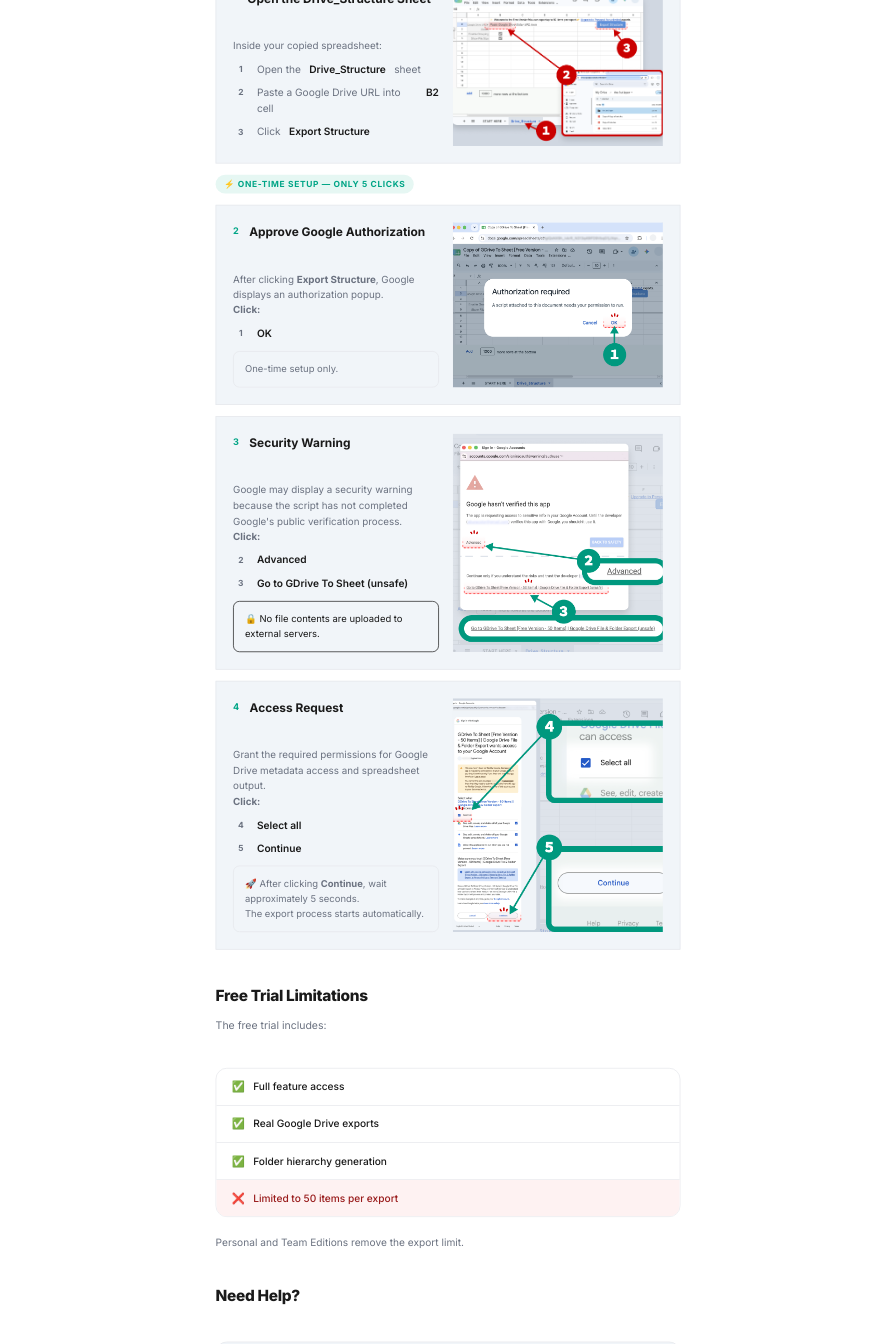
Repository: toishitool/gdrive-to-sheet
Page: free-thanks.html
An editor plug-in stored every save of this project. The page is shown before and after the next save, followed by the edit.
The browser window is 1280 px wide. The pictures show the part of the page from y = 971 to 2891 px (the page is 4293 px tall before and 4316 px after), at 70% of full size.

Above is the page before, as saved 2026-06-23 11:07:37.

### free-thanks.html
<!DOCTYPE html>
<html lang="en" class="scroll-smooth">

<head>
  <meta charset="UTF-8" />
  <meta name="viewport" content="width=device-width, initial-scale=1.0" />
  <title>Thank You for Downloading – GDrive To Sheet</title>
  <meta name="description"
    content="Your free trial copy of GDrive To Sheet is ready. Follow the setup steps to get started." />
  <meta name="robots" content="noindex" />
  <link rel="preconnect" href="https://fonts.googleapis.com" />
  <link rel="preconnect" href="https://fonts.gstatic.com" crossorigin />
  <link href="https://fonts.googleapis.com/css2?family=Inter:wght@300;400;500;600;700;800&display=swap"
    rel="stylesheet" />
  <link rel="stylesheet" href="style.css" />
  <link href="https://fonts.googleapis.com/css2?family=Inter:wght@300;400;500;600;700;800&display=swap"
    rel="stylesheet" />

</head>

<body>

  <div id="header-container"></div>


  <main>

    <!-- HERO / CONFIRMATION -->
    <section class="hero">
      <div class="container">
        <div class="celebrate-icon">🎉</div>
        <h1>Thank You!</h1>
        <p class="sub">Your free trial copy of GDrive To Sheet should have opened in a new tab. If the spreadsheet did
          not open automatically, click the button below:</p>
        <a href="https://docs.google.com/spreadsheets/d/REPLACE_WITH_TEMPLATE_ID/copy"
          class="btn btn-secondary open-trial-btn">
          <svg width="16" height="16" fill="none" stroke="currentColor" stroke-width="2.5" viewBox="0 0 24 24">
            <path d="M18 13v6a2 2 0 0 1-2 2H5a2 2 0 0 1-2-2V8a2 2 0 0 1 2-2h6" />
            <polyline points="15 3 21 3 21 9" />
            <line x1="10" y1="14" x2="21" y2="3" />
          </svg>
          Open Free Trial Spreadsheet
        </a>
        <p class="open-note">Opens a copy directly in your own Google account.</p>
      </div>
    </section>

    <div class="page-wrap">
      <div class="container">

        <!-- Before You Start -->
        <div class="info-banner">
          <span class="icon">ℹ️</span>
          <p><strong>Before You Start:</strong> The Free Version allows you to export up to <strong>50 items per
              export</strong> so you can verify compatibility with your Google account and workflow before upgrading.
          </p>
        </div>

        <!-- First-Time Setup -->
        <div class="section">
          <span class="eyebrow">Required Once</span>
          <h2>First-Time Setup</h2>
          <p>Google requires a one-time authorization before your first export. The process takes only five clicks.</p>
        </div>

        <!-- Step 1 -->
<div class="step-card" data-step="0">
  <div class="step-card-head">
    <div class="step-num">1</div>
    <h3>Open the Drive_Structure Sheet</h3>
  </div>
  <div class="step-image-wrapper" onclick="openModal(0)">
    <img src="images/allow01.png" alt="Step 1">
  </div>
  <div class="step-text-content">
    <p>Inside your copied spreadsheet:</p>
    <ol class="ordered-list">
      <li>Open the <strong>Drive_Structure</strong> sheet</li>
      <li>Paste a Google Drive URL into cell <strong>B2</strong></li>
      <li>Click <strong>Export Structure</strong></li>
    </ol>
  </div>
</div>
 <div class="eyebrow mini-badge">
⚡ One-time setup — only 5 clicks
</div>
<div class="step-card" data-step="1">
  <div class="step-card-head">

    <div class="step-num">2</div>
    <h3>Approve Google Authorization</h3>
  </div>
  <div class="step-image-wrapper" onclick="openModal(1)">
    <img src="images/allow02.png" alt="Step 2">
  </div>
  <div class="step-text-content">
     <p>After clicking <strong>Export Structure</strong>, Google displays an authorization popup.</p>

  <p><strong>Click:</strong></p>

  <ol class="ordered-list">
    <li><strong>OK</strong></li>
  </ol>

  <div class="note-callout">
    One-time setup only.
  </div>
  </div>
</div>

<div class="step-card" data-step="2">
  <div class="step-card-head">
    <div class="step-num">3</div>
    <h3>Security Warning</h3>
  </div>
  <div class="step-image-wrapper" onclick="openModal(2)">
    <img src="images/allow03.png" alt="Step 3">
  </div>
  <div class="step-text-content">
    <p>Google may display a security warning because the script has not completed Google's public verification process.</p>

  <p><strong>Click:</strong></p>

  <ol class="ordered-list" style="counter-reset: step-list 1;">
    <li ><strong>Advanced</strong></li>
    <li><strong>Go to GDrive To Sheet (unsafe)</strong></li>
  </ol>

  <div class="note-callout privacy">
    🔒 No file contents are uploaded to external servers.
  </div>
  </div>
</div>

<div class="step-card" data-step="3">
  <div class="step-card-head">
    <div class="step-num">4</div>
    <h3>Access Request</h3>
  </div>
  <div class="step-image-wrapper" onclick="openModal(3)">
    <img src="images/allow04.png" alt="Step 4">
  </div>
  <div class="step-text-content">
    <p>Grant the required permissions for Google Drive metadata access and spreadsheet output.</p>

  <p><strong>Click:</strong></p>

  <ol class="ordered-list" style="counter-reset: step-list 3;">
    <li><strong>Select all</strong></li>
    <li><strong>Continue</strong></li>
  </ol>

  <div class="note-callout">
    🚀 After clicking <strong>Continue</strong>, wait approximately 5 seconds.<br>
    The export process starts automatically.
  </div>
  </div>
</div>

        <!-- Free Trial Limitations -->
        <div class="section" style="margin-top:48px;">
          <h2>Free Trial Limitations</h2>
          <p>The free trial includes:</p>
        </div>
        <div class="limit-table" style="margin-bottom:48px;">
          <div class="limit-row yes"><span class="li-icon">✅</span> Full feature access</div>
          <div class="limit-row yes"><span class="li-icon">✅</span> Real Google Drive exports</div>
          <div class="limit-row yes"><span class="li-icon">✅</span> Folder hierarchy generation</div>
          <div class="limit-row no"><span class="li-icon">❌</span> Limited to 50 items per export</div>
        </div>
        <p style="font-size:14.5px;color:var(--text-muted);margin-top:-24px;margin-bottom:48px;">Personal and Team
          Editions remove the export limit.</p>

        <!-- Need Help -->
        <div class="section">
          <h2>Need Help?</h2>
        </div>
        <div class="help-card" style="margin-bottom:56px;">
          <h3>📩 Contact Support</h3>
          <p>If you experience any issues during setup or authorization, please contact support and include:</p>
          <ul class="help-checklist">
            <li>Product edition (Free, Personal, Team)</li>
            <li>Error message text (if available)</li>
            <li>Relevant screenshots (if applicable)</li>
            <li>Google account type (Personal or Workspace)</li>
          </ul>
          <p style="margin-bottom:0;">We will be happy to help. <a href="mailto:toishitool@gmail.com"
              style="color:var(--green);font-weight:600;text-decoration:none;border-bottom:1px solid rgba(0,165,134,0.3);">contact@example.com</a>
          </p>
        </div>


      </div>
    </div>

  </main>

  <section class="upsell reveal" aria-labelledby="upsell-heading">
    <div class="container">
      <div class="upsell-inner">
        <span class="eyebrow">Need More?</span>
        <h2 id="upsell-heading">Need unlimited exports?</h2>

        <div class="upsell-card">
          <div class="upsell-card-header">
            <span class="upsell-name">Personal Edition</span>
            <span class="upsell-badge">Most Popular</span>
          </div>
          <div class="upsell-price">
            <span class="now">$29</span>
            <span class="was">$49</span>
          </div>
          <div class="upsell-launch">🎉 Launch price — save $20</div>
          <div class="upsell-divider"></div>
          <ul class="price-features">
            <li>
              <svg width="15" height="15" fill="none" stroke="var(--primary)" stroke-width="2.5" viewBox="0 0 24 24">
                <polyline points="20 6 9 17 4 12" />
              </svg>
              <span><strong>Unlimited exports</strong></span>
            </li>
            <li>
              <svg width="15" height="15" fill="none" stroke="var(--primary)" stroke-width="2.5" viewBox="0 0 24 24">
                <polyline points="20 6 9 17 4 12" />
              </svg>
              <span>All core features included</span>
            </li>
            <li>
              <svg width="15" height="15" fill="none" stroke="var(--primary)" stroke-width="2.5" viewBox="0 0 24 24">
                <polyline points="20 6 9 17 4 12" />
              </svg>
              <span>Auto-resume processing</span>
            </li>
            <li>
              <svg width="15" height="15" fill="none" stroke="var(--primary)" stroke-width="2.5" viewBox="0 0 24 24">
                <polyline points="20 6 9 17 4 12" />
              </svg>
              <span>Tested on datasets with 50,000+ items</span>
            </li>
            <li>
              <svg width="15" height="15" fill="none" stroke="var(--primary)" stroke-width="2.5" viewBox="0 0 24 24">
                <polyline points="20 6 9 17 4 12" />
              </svg>
              <span>Single-user license — 1 user only</span>
            </li>
            <li>
              <svg width="15" height="15" fill="none" stroke="var(--primary)" stroke-width="2.5" viewBox="0 0 24 24">
                <polyline points="20 6 9 17 4 12" />
              </svg>
              <span><strong>Lifetime license — one-time purchase</strong></span>
            </li>

          </ul>
          <a href="personal-edition.html" class="btn btn-primary upsell-btn">Upgrade to Personal</a>
        </div>
      </div>
    </div>
  </section>

  <div id="footer-container"></div>
  <script src="js/common.js"></script>

<!-- ステップ詳細モーダル -->
<div id="step-modal" style="display: none;" class="modal-overlay" onclick="if (event.target === this) closeModal();">
  <div class="modal-content">

    <!-- 右上の閉じるボタン -->
    <span class="close-btn" onclick="closeModal()" role="button" tabindex="0" aria-label="閉じる">&times;</span>

    <!-- 左右のナビゲーションボタン -->
    <button class="nav-btn prev-btn" onclick="navigateStep(-1)" aria-label="前のステップ">&lsaquo;</button>
    <button class="nav-btn next-btn" onclick="navigateStep(1)" aria-label="次のステップ">&rsaquo;</button>

    <!-- 画像 -->
    <img id="modal-img" src="" alt="">

    <!-- 見出し＋補足文言（縦積み） -->
    <div class="modal-text-area">
      <h3 id="modal-title"></h3>
      <p id="modal-body"></p>
    </div>

  </div>
</div>


</body>

</html>

### header.html
<nav aria-label="Main navigation">
  <div class="nav-inner">
    <a href="index.html" class="nav-logo">
      <img src="images/logo_gdrivetosheet.png" alt="GDrive To Sheet" />
    </a>
    <a href="index.html" class="nav-back hover-underline">
      <svg width="14" height="14" fill="none" stroke="currentColor" stroke-width="2.5" viewBox="0 0 24 24"><polyline points="15 18 9 12 15 6"/></svg>
      Back to Home
    </a>
  </div>
</nav>

### footer.html
<footer role="contentinfo" class="footer">
  <div class="container">
    <div class="footer-inner">
      <a href="index.html" class="footer-logo">
        <img src="images/logo_gdrivetosheet_dk.png" alt="GDrive To Sheet Home" />
      </a>

      <div class="footer-links">
        <a href="privacy-policy.html">Privacy Policy</a>
        <a href="terms.html">Terms of Use</a>
        <a href="license.html">License Terms</a>
        <a href="refund-policy.html">Refund Policy</a>
        <a href="contact.html">Contact</a>
        <a href="support.html">Support &amp; FAQ</a>
      </div>

      <div class="footer-bottom-text">
        <span class="footer-copy">Independent software by ToishiTool</span>
        <span class="footer-copy">
          © <span id="year"></span> ToishiTool. All rights reserved.
        </span>

        <script>
          document.getElementById("year").textContent =
            new Date().getFullYear();
        </script>
      </div>
    </div>
  </div>
</footer>

Loaded but not shown: js/common.js (83 lines, source omitted); style.css (3272 lines, source omitted)

After the next save:
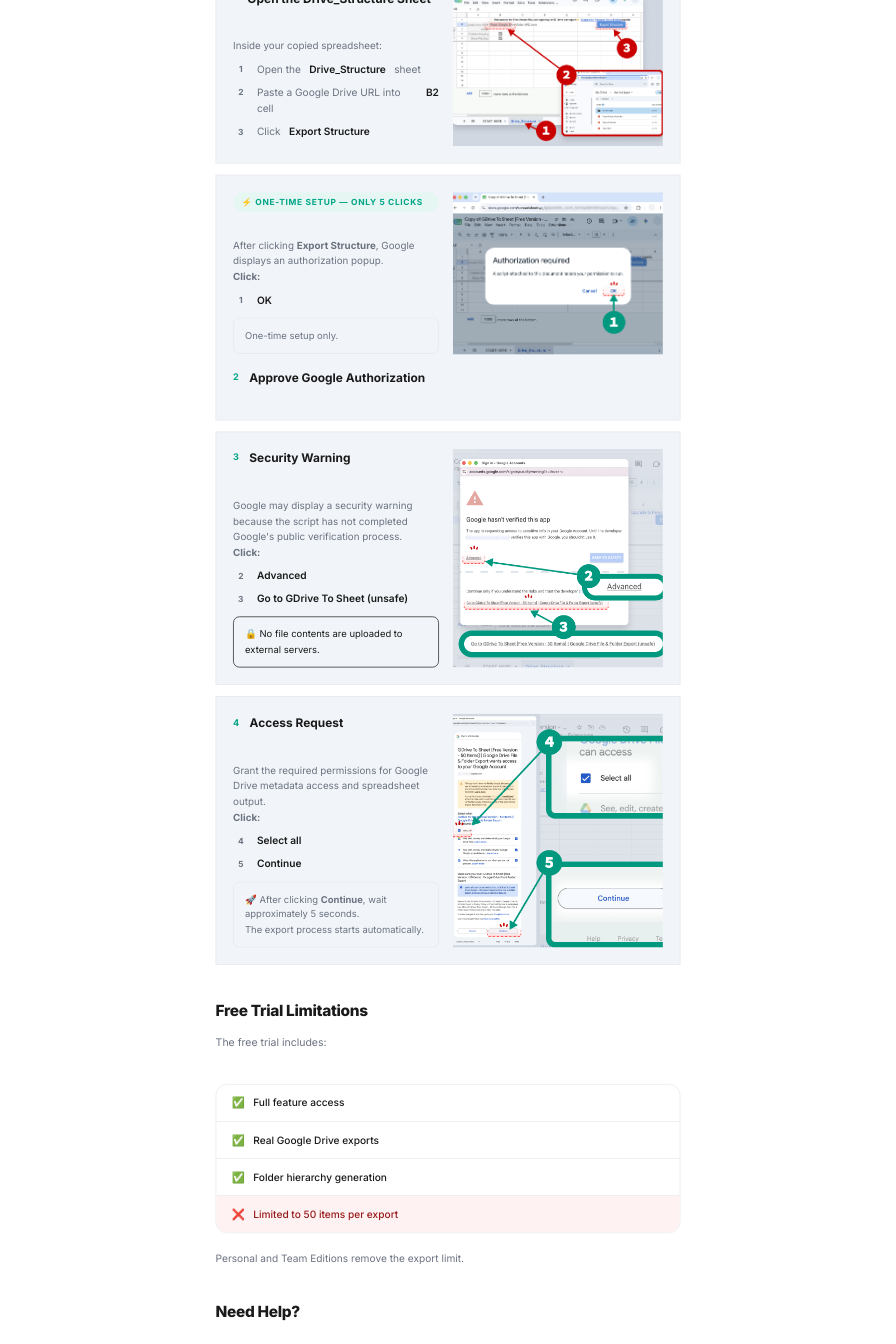
Saved 3 min 25 s later.
--- a/free-thanks.html
+++ b/free-thanks.html
@@ -81,10 +81,11 @@
     </ol>
   </div>
 </div>
- <div class="eyebrow mini-badge">
+
+<div class="step-card" data-step="1">
+  <div class="eyebrow mini-badge">
 ⚡ One-time setup — only 5 clicks
 </div>
-<div class="step-card" data-step="1">
   <div class="step-card-head">
 
     <div class="step-num">2</div>
